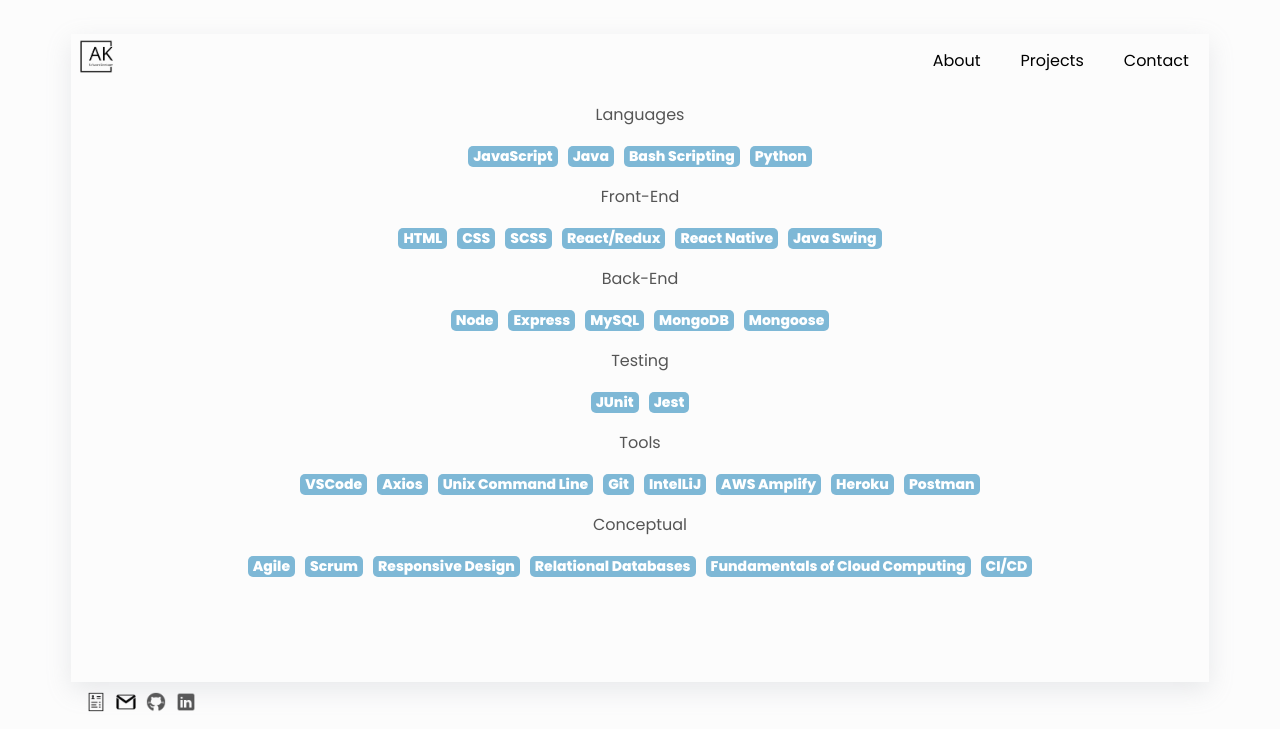
Repository: OKodovbetskyi/Portfolio
Page: /skills
These files come from the project's save history. The page is drawn as it stood at one moment and after the next save; the edit follows.
The browser window is 1280 px wide. The pictures show the whole page.
The project was rebuilt for these pictures with package versions that can differ from the ones it lists, and the page was loaded fresh each time. Also part of the build but not shown: src/components/Home/Home.css, src/components/Button.css, src/components/Button.js, src/components/AboutMe/AboutMe.css, src/components/AboutMe/AboutMe.js, src/components/Home/Home.js, src/components/Education.js, src/components/Projects.css and 8 more.

Above is the page before, as saved 2023-11-22 22:01:19.

### public/index.html
<!DOCTYPE html>
<html lang="en">
  <head>
    <meta charset="utf-8" />
    <link rel="icon" href="%PUBLIC_URL%/userIcon.png" />
    <meta name="viewport" content="width=device-width, initial-scale=1" />
    <meta name="theme-color" content="#000000" />
    <link rel="preconnect" href="https://fonts.googleapis.com" />
    <link rel="preconnect" href="https://fonts.gstatic.com" crossorigin />
    <link
      href="https://fonts.googleapis.com/css2?family=Roboto:ital,wght@0,100;0,300;0,400;0,500;0,700;0,900;1,100;1,300;1,400;1,500;1,700;1,900&display=swap"
      rel="stylesheet"
    />
    <!--
      manifest.json provides metadata used when your web app is installed on a
      user's mobile device or desktop. See https://developers.google.com/web/fundamentals/web-app-manifest/
    -->
    <link rel="manifest" href="%PUBLIC_URL%/manifest.json" />
    <!--
      Notice the use of %PUBLIC_URL% in the tags above.
      It will be replaced with the URL of the `public` folder during the build.
      Only files inside the `public` folder can be referenced from the HTML.

      Unlike "/favicon.ico" or "favicon.ico", "%PUBLIC_URL%/favicon.ico" will
      work correctly both with client-side routing and a non-root public URL.
      Learn how to configure a non-root public URL by running `npm run build`.
    -->
    <title>Alex Full Stack Developer</title>
  </head>
  <body>
    <noscript>You need to enable JavaScript to run this app.</noscript>
    <div id="root"></div>
    <!--
      This HTML file is a template.
      If you open it directly in the browser, you will see an empty page.

      You can add webfonts, meta tags, or analytics to this file.
      The build step will place the bundled scripts into the <body> tag.

      To begin the development, run `npm start` or `yarn start`.
      To create a production bundle, use `npm run build` or `yarn build`.
    -->
  </body>
</html>

### src/index.css

@import url('https://fonts.googleapis.com/css2?family=Poppins:ital,wght@0,100;0,200;0,300;0,400;0,500;0,600;0,800;0,900;1,100;1,200;1,300;1,400;1,500;1,600&display=swap');

html{
    background-color: #FCFCFC;
    color: #555;
    min-height: 100%;
    margin: 0;
    padding: 0;
    font-family: 'Poppins', sans-serif;
}
h5{
    margin: 0;
}
p{
    font-size: 12px;
}

### src/App.js
import "./App.css";
import React, { useRef } from "react";
import { Helmet } from "react-helmet";
import ThemeProvider, { useTheme, useThemeUpdate } from "./themes/ThemeContext";
import RoutedLanding from "./router/RoutedLanding";

function App() {
  return (
    <ThemeProvider>
      <Helmet>
        <title>Alex Kodovbetskyi | Full Stack Developer</title>
        <meta
          name="description"
          content="Skilled Full Stack Developer based in London, with a proven track record of delivering fast and reliable web applications. Expert in crafting seamless cross-platform solutions for Android and iOS, ensuring top performance and user experience. Committed to driving innovation and efficiency in the tech industry."
        />
        <meta
          name="keywords"
          content="Full Stack Developer, Web Applications, Cross-Platform Development, Android, iOS, London, Performance Optimization, User Experience, Innovative Solutions, Reliable Apps"
        />
        {/* You can also add tags for social media */}
        <meta
          property="og:title"
          content="Full Stack Developer | Web & Mobile Applications Specialist | London"
        />
        <meta
          property="og:description"
          content="Expert in creating fast, reliable web and cross-platform Android and iOS applications."
        />
        <meta property="og:type" content="website" />
        {/* Add more metadata tags as needed */}
      </Helmet>
      <RoutedLanding />
    </ThemeProvider>
  );
}
export default App;

### src/App.css
.home{
    width: 90%;
    margin-left: auto;
    margin-right: auto;
}
@media only screen and (max-width: 600px) {
    .home{
        width: 100%;
    }
    }

### src/themes/ThemeContext.js
import React, { useContext, useState } from "react"
const ThemeContext = React.createContext();
const ThemeUpdateContext = React.createContext();

export function useTheme(){
    return useContext(ThemeContext);
}
export function useThemeUpdate(){
    return useContext(ThemeUpdateContext);
}
function ThemeProvider({children}){
    const [darkTheme, setDarkTheme] = useState(true);
    function toggleTheme(){
        setDarkTheme(prevDarkTheme => !prevDarkTheme);
    }
    return(
        <ThemeContext.Provider value={darkTheme}>
            <ThemeUpdateContext.Provider value={toggleTheme}>
            {children}
            </ThemeUpdateContext.Provider>
        </ThemeContext.Provider>
    )
}
export default ThemeProvider;

### src/router/RoutedLanding.js
import { BrowserRouter, Routes, Route} from 'react-router-dom';
import Skills from '../components/Skills';
import Home from '../components/Home/Home';
import React, {useRef} from 'react';
import Education from '../components/Education';
import Projects from '../components/Projects';
import './RouterLanding.modules.css';
import Nav from '../components/Nav';

import Card from '../components/Card';
import { Contact } from '../components/Contact';



const RoutedLanding = () => {
    const home = useRef(null);
    const skills = useRef(null);
    const aboutme = useRef(null);
    const projects = useRef(null);
    const education = useRef(null);

    const pages = [skills,home, education, projects]
   return (
     <BrowserRouter>
     <div className='container'>
     <div className="home" >
     <Card header="Home">
     <Nav pages={pages} />
     <Routes>
     <Route path='/' element={<Home/>}/>
     <Route path='/skills' element={<Skills/>}/>
     <Route path='/about' element={<Education />}/>
     <Route path='/projects/*' element={<Projects/>}/>
     <Route path='/contact-me' element={<Contact/>}/>
     <Route path='/contact-me' element={<Contact/>}/>
      </Routes>
     </Card>

     </div>
     </div>
   </BrowserRouter>


   )
}

export default RoutedLanding

### src/components/Skills.js
import Card from "./Card"
import React from "react"
import "./Skills.css";
const Skills = React.forwardRef((prop,ref) =>{
    return (
        <div>
        <div className="skillWrapper">
        <p>Languages</p>
        <ul className="skillItem">
            <li>JavaScript</li>
            <li>Java</li>
            <li>Bash Scripting</li>
            <li>Python</li>
        </ul>
        </div>
        <div className="skillWrapper">
        <p>Front-End</p>
        <ul className="skillItem">
            <li>HTML</li>
            <li>CSS</li>
            <li>SCSS</li>
            <li>React/Redux</li>
            <li>React Native</li>
            <li>Java Swing</li>
        </ul>
        </div>
        <div className="skillWrapper">
        <p>Back-End</p>
        <ul className="skillItem">
            <li>Node</li>
            <li>Express</li>
            <li>MySQL</li>
            <li>MongoDB</li>
            <li>Mongoose</li>
        </ul>
        </div>
        <div className="skillWrapper">
        <p>Testing</p>
        <ul className="skillItem">
            <li>JUnit</li>
            <li>Jest</li>
        </ul>
        </div>
        <div className="skillWrapper">
        <p>Tools</p>
        <ul className="skillItem">
            <li>VSCode</li>
            <li>Axios</li>
            <li>Unix Command Line</li>
            <li>Git</li>
            <li>IntelLiJ</li>
            <li>AWS Amplify</li>
            <li>Heroku</li>
            <li>Postman</li>
        </ul>
        </div>
        <div className="skillWrapper">
        <p>Conceptual</p>
        <ul className="skillItem">
            <li>Agile</li>
            <li>Scrum</li>
            <li>Responsive Design</li>
            <li>Relational Databases</li>
            <li>Fundamentals of Cloud Computing</li>
            <li>CI/CD</li>
        </ul>
        </div>
        </div>
    )
})
export default Skills;

### src/components/Nav.js
import React, { useState } from 'react';

import './Nav.css';
import logo from '../assets/ak-low-resolution.jpg'
import { Link } from 'react-router-dom';
import { Contact } from './Contact';
const Nav = (props) =>{
   const [isOpen, setIsOpen] = useState(false);

    const scrollToSection = (elRef) => {
         const scrollLocation ={
            top: (elRef.current.offsetTop)-100,
            behavior:"smooth"
        }
        window.scrollTo(scrollLocation);
    }
    return(
      <>
     <nav className="navbar">
      <Link to="/"><img className="nav-logo" src={logo} /></Link>
      <div className="navbar-links">
      <Link   to="/about">About</Link>
      <Link   to="/projects">Projects</Link>
      <Link to="/contact-me">Contact</Link>
      </div>
      <div className="navbar-hamburger" onClick={() => setIsOpen(!isOpen)}>
        <div className={`navbar-hamburger-line ${isOpen ? 'open' : ''}`}></div>
        <div className={`navbar-hamburger-line ${isOpen ? 'open' : ''}`}></div>
        <div className={`navbar-hamburger-line ${isOpen ? 'open' : ''}`}></div>
        <div className={`navbar-hamburger-line ${isOpen ? 'open' : ''}`}></div>
      </div>
  </nav>
  {isOpen ? <>
    <div className='mobile-menu' >

   </div>
       <div className='hamburger-menu'>
       <div class="close-icon"  onClick={() => setIsOpen(!isOpen)}>
       <div class="close-icon-circle">
         <span class="close-icon-line"></span>
         <span class="close-icon-line"></span>
        </div>
        </div>
       <Link onClick={() => setIsOpen(!isOpen)} to="/">Home</Link>
       <Link onClick={() => setIsOpen(!isOpen)} to="/about">About</Link>
       <Link onClick={() => setIsOpen(!isOpen)} to="/projects">Projects</Link>
       <Link onClick={() => setIsOpen(!isOpen)} to="/contact-me">Contact</Link>
   </div>
   </>
  : ''
   }

    </>
    )
  }
export default Nav;
     /*<Link to="/">Home </Link>
        <Link to="#skills">Skills</Link>
<Link to="/education">Education</Link>
<a href="#projects">Projects</a>
<Link to="/links">Contact me</Link> */

### src/components/Card.js
import React from "react";
import styles from "./Card.module.css"
import Footer from "./Footer";
const Card = React.forwardRef((props, ref)=>{
    return(
        <div className={styles.page}>
        <div ref={ref} className={styles.Card}>

            <div className={styles.CardBody}>
            <h2 className={styles.header}>   {props.cardName}</h2>
                {props.children}
            </div>

        </div>
        <Footer />
        </div>
    )
})
export default Card;

### src/components/Skills.css
.skillWrapper h4{
    padding: 0 5px;
}
.skillWrapper{
    text-align: center;
}
 .skillWrapper p{
    font-size: 16px;
}
.skillItem>li{
    display: inline-block;
    margin: 0 5px;
    background: #7EB8D6FF;
    color: white;
    font-weight: bold;
    padding:0 5px;
    border-radius: 5px;
    font-size: 14px;
}
.skillItem>li:first-child{
    margin-left: 5px;
}
ul.skillItem{
    margin: 0;
    padding: 0;
}
@media only screen and (max-width: 600px) {

    .skillItem>li{
        margin: 5px;

    }
}

### src/components/Education.css
.educationContent{
    display:flex;
    flex-direction: row;
    justify-content: space-between;
}
.imagepin{
    height: 20px;
}
.experience-container{
    border-left: 1px solid #d1d1d1;
    padding: 0 15px;
}
.Job{
    position: relative;
}
.Job li{
    font-size: 14px;
    text-decoration: none;

}
p{
    font-size: 14px;
}
.circle{
    position: absolute;
    top: 0;
    left: -23px;
    width: 15px;
    background-color: whitesmoke;
    border-radius: 20px;
}
.datesworked{
    float: right;
}
.section-title {
    border-bottom: 2px solid #7EB8D6FF;
}
@media only screen and (max-width: 600px) {
    .educationContent{
        display:flex;
        flex-direction: column;

    }

}
.arrowright{
    width: 30px;
}
.linkstonext{
    margin: 20px 0;
    display: flex;
    align-items: center;
    font-size: 12px;

}
.linkstonext img{
    margin-left: 10px;
    animation: moveRightAndBack 2s infinite;
}
@keyframes moveRightAndBack {
    0% {
      transform: translateX(0);
    }
    50% {
      transform: translateX(10px);
    }
    100% {
      transform: translateX(0);
    }
  }

### src/components/Nav.css
.navbar {
    display: flex;
    justify-content: space-between;
    align-items: center;
    background-color: #FCFCFC;
    z-index: 1000;
  }
  .navbar-links {
    position: relative;
    display: flex;
  }

  .navbar-links a {
    padding: 0 ;
    text-decoration: none;
    color: #55555;
    text-align: center;
    font-size: 16px;
  }
  .navbar-hamburger {
    display: none;
  }

  .navbar-hamburger-line {
    width: 30px;
    height: 3px;
    background-color: #000;
    margin: 6px 10px;
    transition: transform 0.2s ease;
    z-index: 1000;
  }

  .navbar-hamburger-line.open {
    transform: rotate(100deg);

  }
  div.hamburger-menu{
      display: flex;
      justify-content: center;
      flex-direction: column;
      position: fixed;
      top: 0;
      left: 0;
      width: 100%;
      height: 100vh;
      z-index: 900;
      overflow: hidden;
      background-color: #4F709C;

  }
  .hamburger-menu a{
    font-weight: bold;
    text-align: center;
    width: 100%;
    margin: 15px;
    color: white;
    text-decoration: none;
  }
.mobile-menu{
  display: flex;
  position: fixed;
  top: 0;
  justify-content: space-between;
  width: 100%;
  background-color: #4F709C;
}
  @media (max-width: 768px) {
    .navbar-links a{
      display: none;
      width: 100%;
    }
    .navbar-hamburger {
      display: block;
    }
    .navbar-hamburger-line {

    }
  }
  .selected{
    border-radius: 10px 10px 0 0;
    background-color: #E1E5F8;
  }
  .navbar-links a{
    height: 100%;
    width: 100%;
    text-decoration: none;
    color: black;
    padding:5px 20px;
    transition: border-bottom 0.5s;
}
/* Add this to the link element */
.navbar-links a {
    text-decoration: none;
    position: relative;
    color: black;
  }
  /* Add the underline */
  .navbar-links a::before {
    content: "";
    position: absolute;
    width: 0%;
    height: 2px;
    bottom: -2px;
    background-color: #2978B5;
    transition: width 0.3s;
  }

  /* Add the hover effect */
  .navbar-links a:hover::before {
    width: 55%;
  }
  /* Add the animation effect */
/* Add the animation effect */
@keyframes text-color-animation {
    0% {
      color: black;
    }
    100% {
      color: #2978B5;
    }
  }
  /* Add the hover effect */
  .navbar-links a:hover {
    animation: text-color-animation .3s ease-in;
    color: #2978B5;
  }
  .nav-logo{
    width: 60px;
  }
  .close-icon {
    position: fixed;
    top: 20px;
    right: 10px;
    width: 40px;
    height: 40px;
    display: flex;
    justify-content: center;
    align-items: center;

  }
  .close-icon-circle {
    background-color: transparent;
    border: 2px solid white;
    width: 100%;
    height: 100%;
    border-radius: 50%;
    display: flex;
    justify-content: center;
    align-items: center;
    position: relative;
  }

  .close-icon-line {
    position: absolute;
    width: 12px;
    height: 2px;
    background-color: #ffffff;
    transform: rotate(45deg);
  }

  .close-icon-line:nth-child(2) {
    transform: rotate(-45deg);
  }

  .close-icon-line::before,
  .close-icon-line::after {
    content: '';
    position: absolute;
    width: 100%;
    height: 100%;
    background-color: inherit;
  }

  .close-icon-line::before {
    transform: rotate(-90deg);
  }

  .close-icon-line::after {
    transform: rotate(90deg);
  }

### src/components/Card.module.css
.Card{
  margin-top: 3%;
  background-color: #FCFCFC;
  position: relative;
}

.CardBody{
    min-height: 90vh;
    box-shadow: rgba(149, 157, 165, 0.2) 0px 8px 24px;
}
.header{
    font-weight: bold;
}

.closinTag{
    float: right;
}

@media only screen and (max-width: 600px) {
    .Card{
        width: 100%;
        margin: 0;
    }
    .CardBody{
        height: 100%;
        box-shadow: rgba(149, 157, 165, 0.2) 0px 8px 24px;
    }

}

### src/components/Footer.js
import React from "react";
import "./Footer.css";
import IconsLinks from "./IconsLinks";
import resumeIco from "../assets/icons8-resume-50.png"
import Git from "../assets/icons8-github-50.png"
import Email from "../assets/icons8-gmail-50.png"
import linkedln from "../assets/icons8-linkedin-logo-50.png";
const Footer = () => {
    return (
        <footer className="Footer">
        <IconsLinks icon={resumeIco} icon1={Git} icon2 ={Email} icon3={linkedln}/>
      </footer>
    );
}
export default Footer;

### src/components/Footer.css
.Footer{
 margin: 10px 10px;
 width: 100%;

}
@media only screen
and (max-width : 640px) {


    }

### src/components/IconsLinks.js
import React from "react";

import styles from "./Icons.module.css";
const IconsLinks = ({icon,icon1, icon2, icon3}) =>{
    return (
        <span className={styles.Icons}>
            <div className={styles.wrapper}> <a download href="https://drive.google.com/file/d/12KVDCBMmGgFeqtxq2S8sNrXxZwgp_6gI/view?usp=sharing">

            <p className={styles.email}>Resume</p> <img src={icon} alt=''/></a></div>
           <div className={styles.wrapper}><a href="mailto:oleksandr.kodovbetskyi@gmail.com" target="_blank">
           <p className={styles.email}>Email me!</p> <img src={icon2}alt='' />
           </a></div>
           <div className={styles.wrapper}>
           <a href="https://github.com/OKodovbetskyi" target="_blank">
            <p className={styles.email}>GitHub</p> <img src={icon1} alt=''/></a></div>
           <div className={styles.wrapper}>
           <a href="https://www.linkedin.com/in/ak-developer" target="_blank" >
            <p className={styles.email}>Linkeln</p> <img src={icon3} alt=''/></a></div>


        </span>
    )
}
export default IconsLinks;

### src/components/Icons.module.css
span img{
    width: 20px;
    margin: 0 5px;
}
.Icons{
    display: flex;
    background-color:  #fcfcfc;
}
.email{
    animation: ease-in .1s;
    display: none;
    background-color: #01257D;
    color: white;
    border-radius: 20px;
}
.wrapper a{
    text-decoration: none;
}

Loaded but not shown: src/index.js (common file)

After the next save:
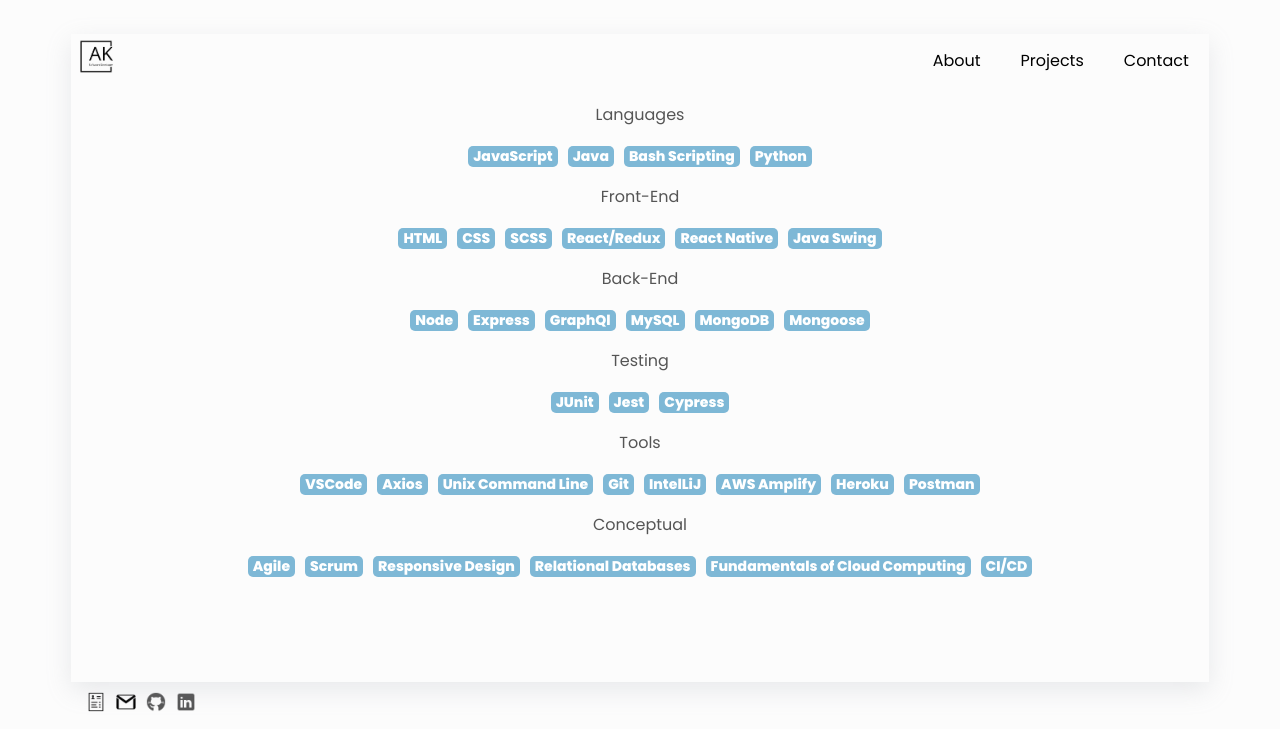
Saved 9 min 7 s later.
--- a/src/components/Skills.js
+++ b/src/components/Skills.js
@@ -1,71 +1,73 @@
-import Card from "./Card"
-import React from "react"
+import Card from "./Card";
+import React from "react";
 import "./Skills.css";
-const Skills = React.forwardRef((prop,ref) =>{
-    return (
-        <div>
-        <div className="skillWrapper">
+const Skills = React.forwardRef((prop, ref) => {
+  return (
+    <div>
+      <div className="skillWrapper">
         <p>Languages</p>
         <ul className="skillItem">
-            <li>JavaScript</li>
-            <li>Java</li>
-            <li>Bash Scripting</li>
-            <li>Python</li>
+          <li>JavaScript</li>
+          <li>Java</li>
+          <li>Bash Scripting</li>
+          <li>Python</li>
         </ul>
-        </div>
-        <div className="skillWrapper">
+      </div>
+      <div className="skillWrapper">
         <p>Front-End</p>
         <ul className="skillItem">
-            <li>HTML</li>
-            <li>CSS</li>
-            <li>SCSS</li>
-            <li>React/Redux</li>
-            <li>React Native</li>
-            <li>Java Swing</li>
+          <li>HTML</li>
+          <li>CSS</li>
+          <li>SCSS</li>
+          <li>React/Redux</li>
+          <li>React Native</li>
+          <li>Java Swing</li>
         </ul>
-        </div>
-        <div className="skillWrapper">
+      </div>
+      <div className="skillWrapper">
         <p>Back-End</p>
         <ul className="skillItem">
-            <li>Node</li>
-            <li>Express</li>
-            <li>MySQL</li>
-            <li>MongoDB</li>
-            <li>Mongoose</li>
+          <li>Node</li>
+          <li>Express</li>
+          <li>GraphQl</li>
+          <li>MySQL</li>
+          <li>MongoDB</li>
+          <li>Mongoose</li>
         </ul>
-        </div>
-        <div className="skillWrapper">
+      </div>
+      <div className="skillWrapper">
         <p>Testing</p>
         <ul className="skillItem">
-            <li>JUnit</li>
-            <li>Jest</li>
+          <li>JUnit</li>
+          <li>Jest</li>
+          <li>Cypress</li>
         </ul>
-        </div>
-        <div className="skillWrapper">
+      </div>
+      <div className="skillWrapper">
         <p>Tools</p>
         <ul className="skillItem">
-            <li>VSCode</li>
-            <li>Axios</li>
-            <li>Unix Command Line</li>
-            <li>Git</li>
-            <li>IntelLiJ</li>
-            <li>AWS Amplify</li>
-            <li>Heroku</li>
-            <li>Postman</li>
+          <li>VSCode</li>
+          <li>Axios</li>
+          <li>Unix Command Line</li>
+          <li>Git</li>
+          <li>IntelLiJ</li>
+          <li>AWS Amplify</li>
+          <li>Heroku</li>
+          <li>Postman</li>
         </ul>
-        </div>
-        <div className="skillWrapper">
+      </div>
+      <div className="skillWrapper">
         <p>Conceptual</p>
         <ul className="skillItem">
-            <li>Agile</li>
-            <li>Scrum</li>
-            <li>Responsive Design</li>
-            <li>Relational Databases</li>
-            <li>Fundamentals of Cloud Computing</li>
-            <li>CI/CD</li>
+          <li>Agile</li>
+          <li>Scrum</li>
+          <li>Responsive Design</li>
+          <li>Relational Databases</li>
+          <li>Fundamentals of Cloud Computing</li>
+          <li>CI/CD</li>
         </ul>
-        </div>
-        </div>
-    )
-})
+      </div>
+    </div>
+  );
+});
 export default Skills;
